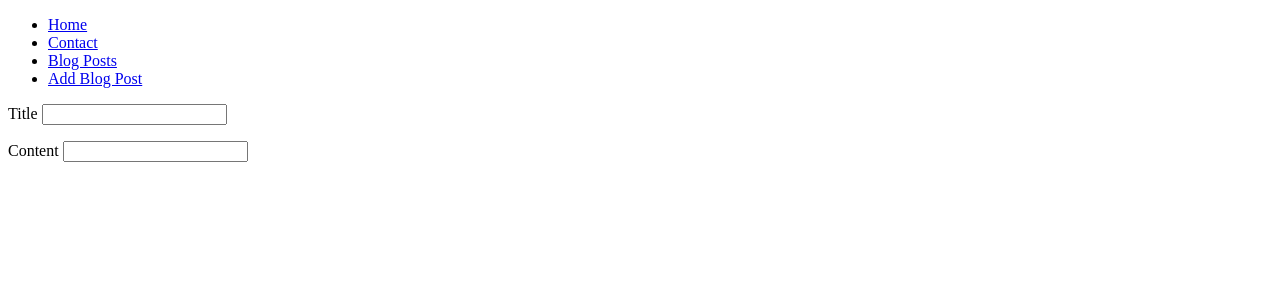
Repository: VieiraSA/laravel-course
Page: http://localhost/posts/create
An editor plug-in stored every save of this project. The page is shown before and after the next save, followed by the edit.
The browser window is 1280 px wide. The pictures show the whole page.
The page is served by the project's Laravel application, run on PHP 8.4 with Laravel 8. Other server files are loaded and not shown.

Above is the page before, as saved 2020-06-09 10:16:03.

### routes/web.php
<?php

use Illuminate\Support\Facades\Route;

/*
|--------------------------------------------------------------------------
| Web Routes
|--------------------------------------------------------------------------
|
| Here is where you can register web routes for your application. These
| routes are loaded by the RouteServiceProvider within a group which
| contains the "web" middleware group. Now create something great!
|
*/

Route::get('/', 'HomeController@home')->name('home');
Route::get('/contact', 'HomeController@contact')->name('contact');
Route::resource('/posts','PostController')->only(['index','show','create','store']);

### app/Http/Controllers/PostController.php
<?php

namespace App\Http\Controllers;

use Illuminate\Http\Request;
use App\BlogPost;

class PostController extends Controller
{
    /**
     * Display a listing of the resource.
     *
     * @return \Illuminate\Http\Response
     */
    public function index()
    {
        return view('posts.index',['posts' => BlogPost::all()]);
    }

    /**
     * Show the form for creating a new resource.
     *
     * @return \Illuminate\Http\Response
     */
    public function create()
    {
        return view('posts.create');
    }

    /**
     * Store a newly created resource in storage.
     *
     * @param  \Illuminate\Http\Request  $request
     * @return \Illuminate\Http\Response
     */
    public function store(Request $request)
    {
        //
    }

    /**
     * Display the specified resource.
     *
     * @param  int  $id
     * @return \Illuminate\Http\Response
     */
    public function show($id)
    {
        return view('posts.show',['post' => BlogPost::findOrFail($id)]);
    }

    /**
     * Show the form for editing the specified resource.
     *
     * @param  int  $id
     * @return \Illuminate\Http\Response
     */
    public function edit($id)
    {
        //
    }

    /**
     * Update the specified resource in storage.
     *
     * @param  \Illuminate\Http\Request  $request
     * @param  int  $id
     * @return \Illuminate\Http\Response
     */
    public function update(Request $request, $id)
    {
        //
    }

    /**
     * Remove the specified resource from storage.
     *
     * @param  int  $id
     * @return \Illuminate\Http\Response
     */
    public function destroy($id)
    {
        //
    }
}

### resources/views/posts/create.blade.php
@extends('layout')
@section('content')

<form action="POST" action={{ route('posts.store') }}>
  <p>
    <label for="title"> Title </label>
    <input type="text" name="title" />
  </p>
  <p>
    <label for="content"> Content </label>
    <input type="text" name="content" />
  </p>
</form>

@endsection

### resources/views/layout.blade.php
<!DOCTYPE html>
<html lang="en">
<head>
  <meta charset="UTF-8">
  <meta name="viewport" content="width=device-width, initial-scale=1.0">
  <title>Document</title>
</head>
<body>
  <ul>
    <li><a href="{{ route('home') }}"> Home </a></li>
    <li><a href="{{ route('contact') }}"> Contact </a></li>
    <li><a href="{{ route('posts.index') }}"> Blog Posts </a></li>
    <li><a href="{{ route('posts.create') }}"> Add Blog Post </a></li>
  </ul>
  @yield('content')
</body>
</html>

Loaded but not shown: app/Http/Controllers/Controller.php (common file)

After the next save:
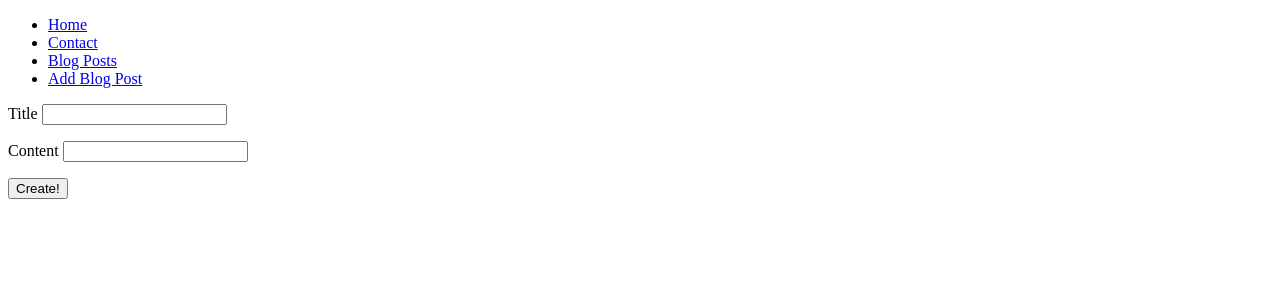
Saved 26 s later.
--- a/resources/views/posts/create.blade.php
+++ b/resources/views/posts/create.blade.php
@@ -10,6 +10,7 @@
     <label for="content"> Content </label>
     <input type="text" name="content" />
   </p>
+  <button type="submit"> Create! </button>
 </form>
 
 @endsection
